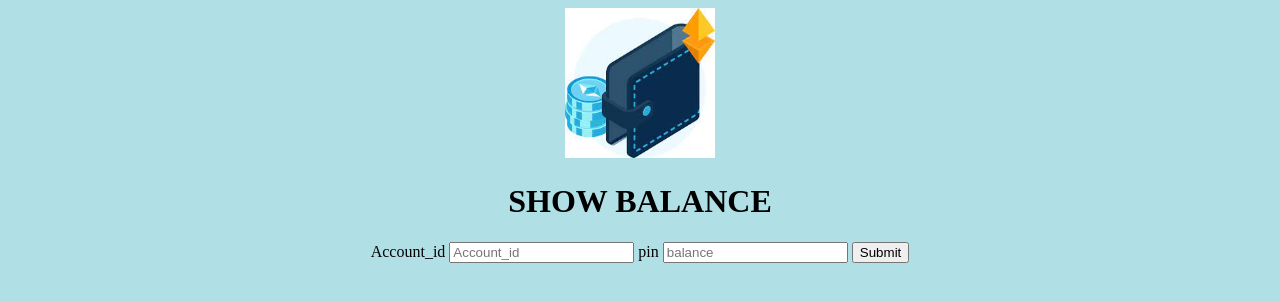
Repository: NarenD12/ProgramsFromTraining
Page: Wallet/WebContent/Showbalance.html
The author's editor kept a copy of each file at every save. The page is drawn from the files as they stood at one save, then again after the next save.
The browser window is 1280 px wide. The pictures show the whole page.

Above is the page before, as saved 2023-09-26 14:16:06.

### Wallet/WebContent/Showbalance.html
<!DOCTYPE html>
<html>
<head>
<meta charset="ISO-8859-1">
<title>Show balance</title>
</head>
<body><center>
<body style="background-color:powderblue">
<img src="images/wallet.jpg" alt="wallet" width=150px height=150px/>
<h1>SHOW BALANCE</h1>
<form action="ShowBalance" method="get">
Account_id <input type="number" name="Account_id"placeholder="Account_id"/>
pin      <input type="number" name="balance" placeholder="balance"/>
<input type="submit"/></center>
</form>
</body>
</html>

After the next save:
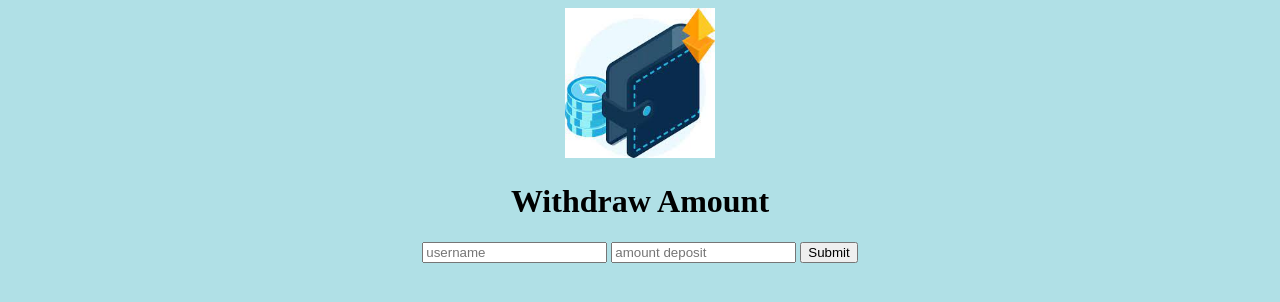
Saved 8 s later.
--- a/Wallet/WebContent/Showbalance.html
+++ b/Wallet/WebContent/Showbalance.html
@@ -2,16 +2,14 @@
 <html>
 <head>
 <meta charset="ISO-8859-1">
-<title>Show balance</title>
-</head>
-<body><center>
-<body style="background-color:powderblue">
+<title>Withdraw amount</title>
+</head><center>
+<body style="background-color:powderblue"/>
+<form action="WithdrawAmount" method="get"/>
 <img src="images/wallet.jpg" alt="wallet" width=150px height=150px/>
-<h1>SHOW BALANCE</h1>
-<form action="ShowBalance" method="get">
-Account_id <input type="number" name="Account_id"placeholder="Account_id"/>
-pin      <input type="number" name="balance" placeholder="balance"/>
-<input type="submit"/></center>
-</form>
-</body>
+<h1> Withdraw Amount</h1>
+<input type="text" name="username" placeholder="username">
+<input type="number" name="balance" placeholder="amount deposit"/>
+<input type="submit" type="enter"/></form>
+</body></center>
 </html>
